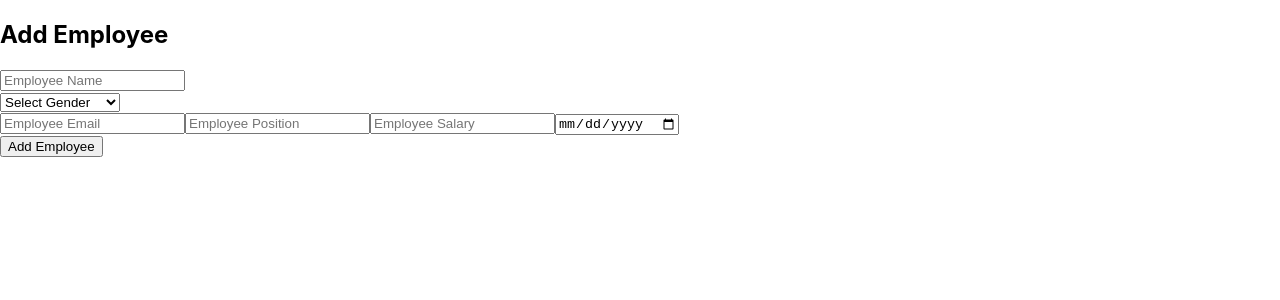
Repository: AfifaNoor/CRUD
Page: /add-employee
These files come from the project's save history. The page is drawn as it stood at one moment and after the next save; the edit follows.
The browser window is 1280 px wide. The pictures show the whole page.
The project was rebuilt for these pictures with package versions that can differ from the ones it lists, and the page was loaded fresh each time. Also part of the build but not shown: src/AdminPage.css, src/AdminPage.jsx, src/DashBoard.jsx.

Above is the page before, as saved 2025-06-12 16:53:07.

### src/App.js
import AdminPage from "./AdminPage"
import Router from "./Router";
import { RouterProvider } from "react-router-dom";
function App() {
  return (
    <>
      <RouterProvider router={Router} />
    </>
  );
}

export default App;

### src/Router.jsx
import React from 'react'
import { createBrowserRouter, createRoutesFromElements, Route } from 'react-router-dom'
import Dashboard from './DashBoard'
import AdminPage from './AdminPage'
import AddEmployee from './AddEmployee';


const Router =createBrowserRouter (
    createRoutesFromElements(
        <>
            <Route path="/dashboard" element= {<Dashboard/>}/>
            <Route path="/" element={<AdminPage/>} />
            <Route path='/add-employee' element={<AddEmployee/>} />

        </>

));



export default Router;

### src/AddEmployee.jsx
import React from 'react'
import { useState } from 'react';

const AddEmployee = () => {
    const [formData, setFormData] = useState({
    name: '',
    email: '',
    position: '',
    salary: '',
    joiningDate: '',
    gender: '',
  });

  const handleSubmit = (e) =>{
    e.preventDefault();
    console.log("submit", formData)

  }

  const handleChange =(e) =>{
    // e.target.value(setFormData)
    console.log(e.target.name)
    const name = e.target.name
    const value = e.target.value
     setFormData((prevData) => ({
      ...prevData,
      [name]: value,
    }));


  }



  return (
    <div className='add-employee-page'>
      <h2>Add Employee</h2>
      <form onSubmit={handleSubmit}>
        <input type='text' placeholder='Employee Name' value={formData.name} className='form-input' onChange={handleChange}  required />
        <div className='dropdown' >
          <select className='form-input' value={formData.gender}  onChange={handleChange} required>
            <option value="" disabled selected>Select Gender</option>
            <option value="male">Male</option>
            <option value="Female">Female</option>
            <option value="other">Other</option>
            <option value="prefer not to say">Prefer not to say</option>
          </select>
        </div>
        <input type='email' placeholder='Employee Email' value={formData.email} className='form-input' onChange={handleChange}  required />
        <input type='text' placeholder='Employee Position' value={formData.position} className='form-input' onChange={handleChange}  required />
        <input type='number' placeholder='Employee Salary'  value ={ formData.salary} className='form-input' onChange={handleChange}  required />
        <input type='date' placeholder='Date of Joining'  value={formData.joiningDate} className='form-input'  onChange={handleChange}required />

        <div className="form-button">
          <button type="submit" >Add Employee</button>
        </div>
      </form>

    </div>
  )
}

export default AddEmployee

Loaded but not shown: public/index.html (common file); src/index.js (common file); src/index.css (common file); src/reportWebVitals.js (common file)

After the next save:
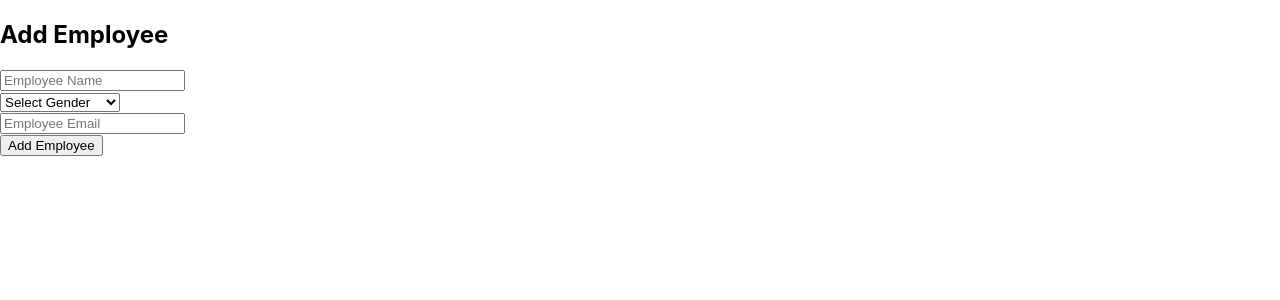
Saved 2 min 13 s later.
--- a/src/AddEmployee.jsx
+++ b/src/AddEmployee.jsx
@@ -36,9 +36,9 @@ const AddEmployee = () => {
     <div className='add-employee-page'>
       <h2>Add Employee</h2>
       <form onSubmit={handleSubmit}>
-        <input type='text' placeholder='Employee Name' value={formData.name} className='form-input' onChange={handleChange}  required />
+        <input type='text' name= "name" placeholder='Employee Name' value={formData.name} className='form-input' onChange={handleChange}  required />
         <div className='dropdown' >
-          <select className='form-input' value={formData.gender}  onChange={handleChange} required>
+          <select className='form-input' value={formData.gender}  onChange={handleChange} name='gender' required>
             <option value="" disabled selected>Select Gender</option>
             <option value="male">Male</option>
             <option value="Female">Female</option>
@@ -46,10 +46,10 @@ const AddEmployee = () => {
             <option value="prefer not to say">Prefer not to say</option>
           </select>
         </div>
-        <input type='email' placeholder='Employee Email' value={formData.email} className='form-input' onChange={handleChange}  required />
-        <input type='text' placeholder='Employee Position' value={formData.position} className='form-input' onChange={handleChange}  required />
+        <input type='email' placeholder='Employee Email'  name="email" value={formData.email} className='form-input' onChange={handleChange}  required />
+        {/* <input type='text' placeholder='Employee Position' value={formData.position} className='form-input' onChange={handleChange}  required />
         <input type='number' placeholder='Employee Salary'  value ={ formData.salary} className='form-input' onChange={handleChange}  required />
-        <input type='date' placeholder='Date of Joining'  value={formData.joiningDate} className='form-input'  onChange={handleChange}required />
+        <input type='date' placeholder='Date of Joining'  value={formData.joiningDate} className='form-input'  onChange={handleChange}required /> */}
 
         <div className="form-button">
           <button type="submit" >Add Employee</button>
